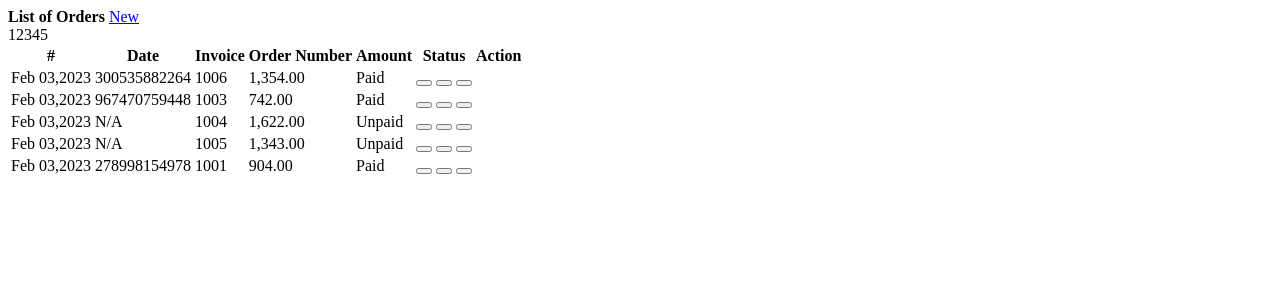
Repository: JyrossC/POS-PHP
Page: http://localhost/POS System/orders.php
An editor plug-in stored every save of this project. The page is shown before and after a run of saves, followed by the edit.
The browser window is 1280 px wide. The pictures show the whole page.
The page is run by PHP 8.4 with error messages shown; the project is at /var/www/html/. The database holds what the project's SQL file puts in it.

Above is the page before, as saved 2024-09-04 12:57:37.
Console error: ReferenceError: $ is not defined

After the next 2 saves:
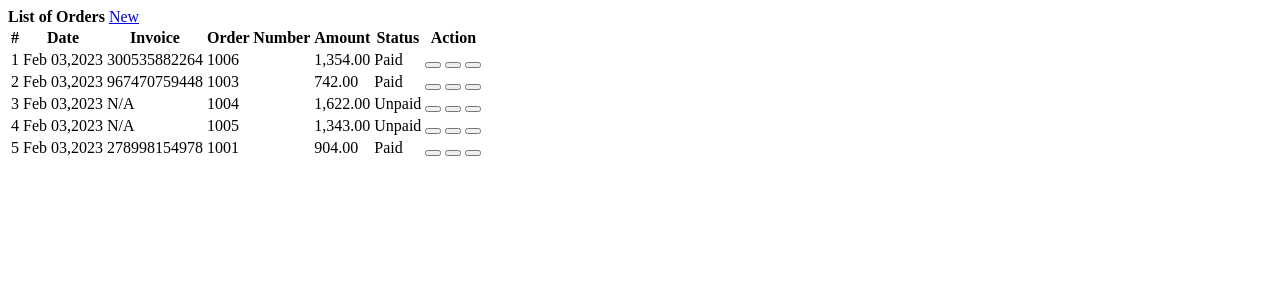
The 2 saves are shown as one change because they came seconds apart.
The last was saved 5 s later.
--- a/POS System/orders.php
+++ b/POS System/orders.php
@@ -53,7 +53,7 @@
 								$order = $conn->query("SELECT * FROM orders order by unix_timestamp(date_created) desc ");
 								while($row=$order->fetch_assoc()):
 								?>
-								<tr class="text-center >
+								<tr class="text-center">
 									<td class="text-center"><?php echo $i++ ?></td>
 									<td>
 										<p> <?php echo date("M d,Y",strtotime($row['date_created'])) ?></p>
